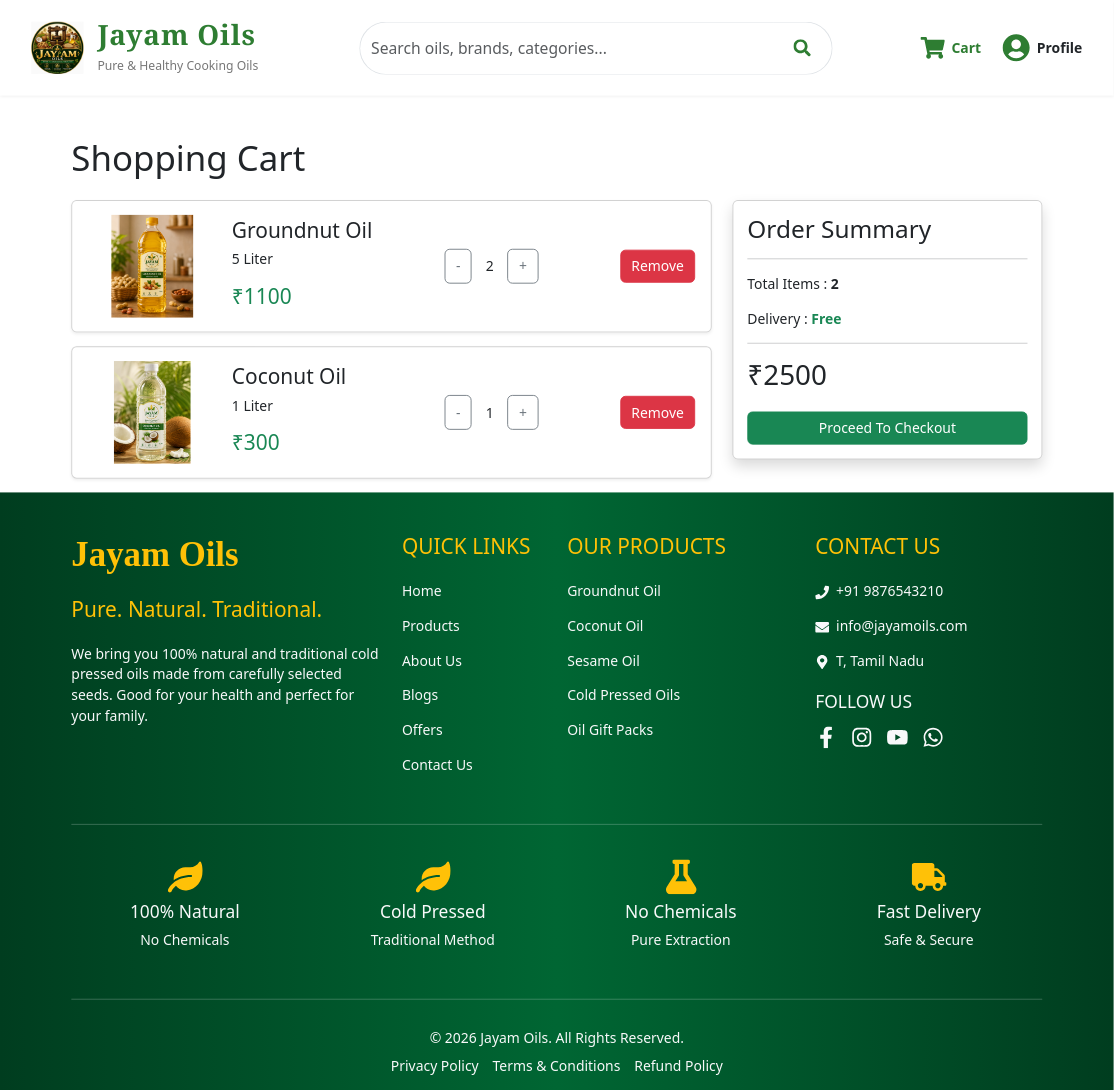
Repository: Rajasekaran0415/Jayam-Oils
Page: /cart
An editor plug-in stored every save of this project. The page is shown before and after a run of saves, followed by the edit.
The browser window is 1280 px wide. The pictures show the whole page, at 87% of full size.
The project was rebuilt for these pictures with package versions that can differ from the ones it lists, and the page was loaded fresh each time. Also part of the build but not shown: vite.config.js, src/Slider.jsx, src/Card.jsx, src/Body.jsx.

Above is the page before, as saved 2026-06-17 21:29:55.

After the next 2 saves:
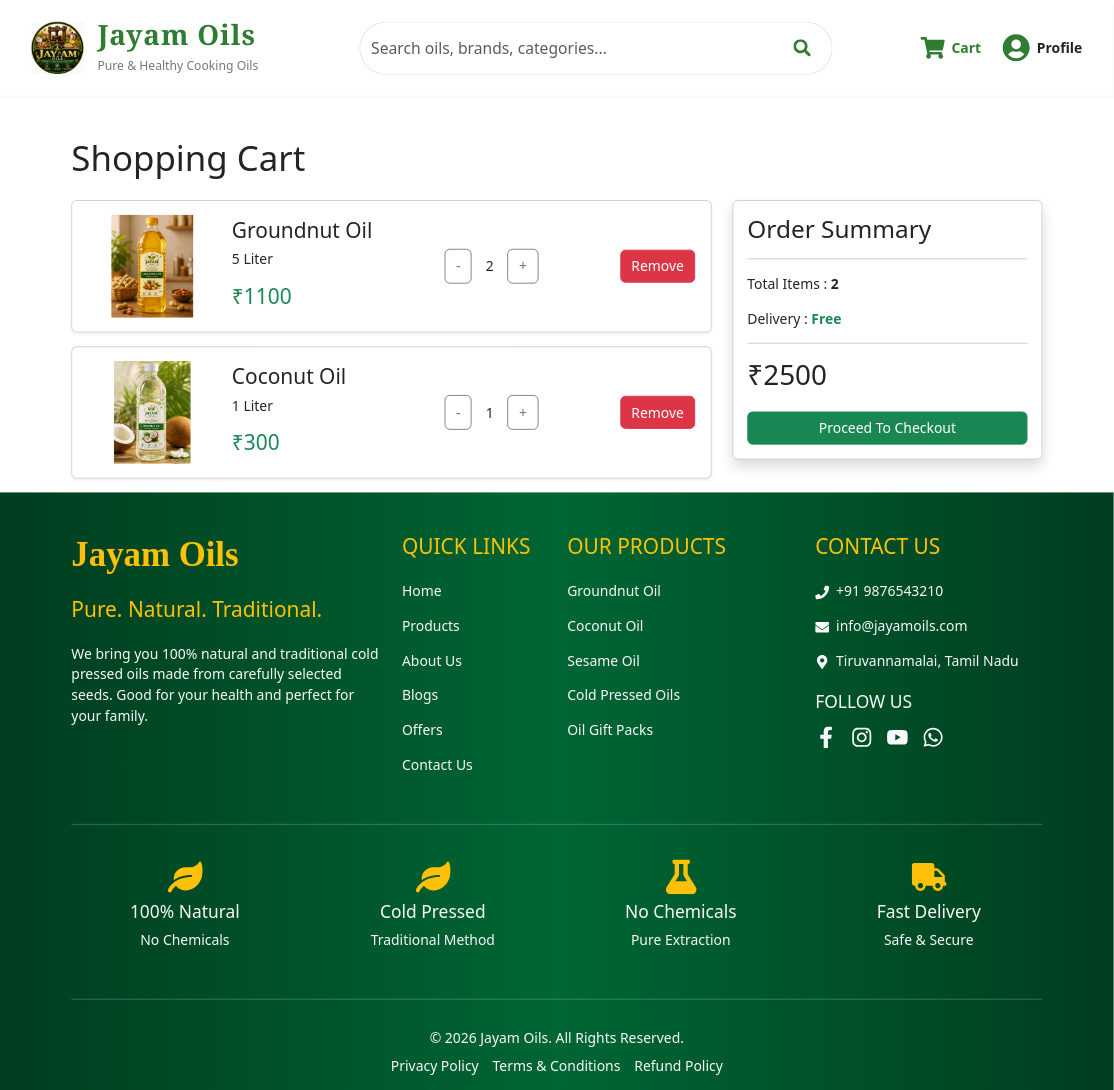
The 2 saves are shown as one change because they came seconds apart.
The last was saved 7 s later.
--- a/src/Footer.jsx
+++ b/src/Footer.jsx
@@ -125,7 +125,7 @@
 
               <p>
                 <FaMapMarkerAlt className="me-2" />
-                T, Tamil Nadu
+                Tiruvannamalai, Tamil Nadu
               </p>
 
             </div>
